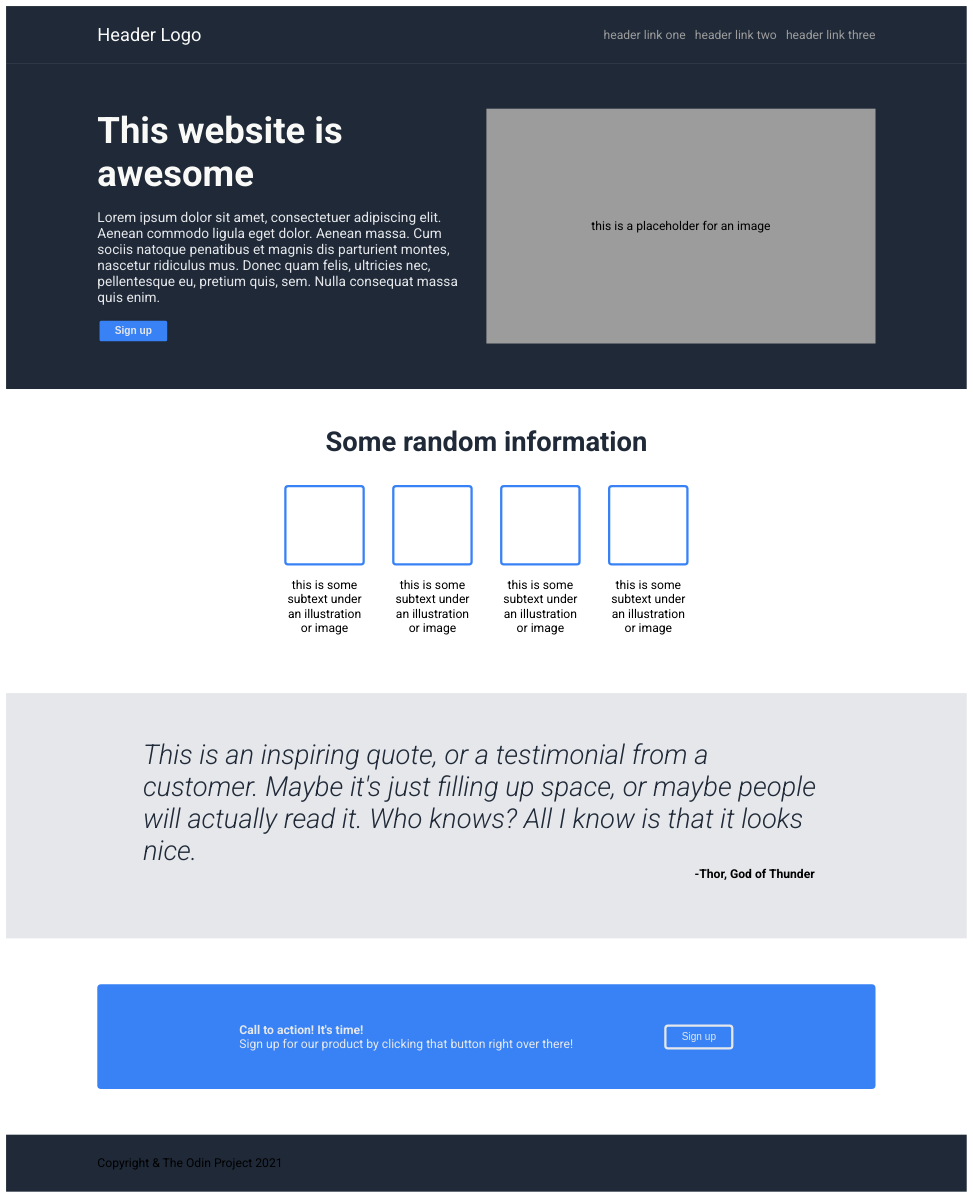
Repository: evemcd/odin_project
Page: odin-project2-landing-page/index.html
An editor plug-in stored every save of this project. The page is shown before and after the next save, followed by the edit.
The browser window is 1280 px wide. The pictures show the whole page, at 76% of full size.

Above is the page before, as saved 2022-02-08 11:54:06.

### odin-project2-landing-page/index.html
<!DOCTYPE html>
<html lang="en">
<head>
    <meta charset="UTF-8">
    <title>Odin Project 2 Landing Page</title>
    <link rel="stylesheet" href="style.css">
    <link rel="preconnect" href="https://fonts.googleapis.com">
<link rel="preconnect" href="https://fonts.gstatic.com" crossorigin>
<link href="https://fonts.googleapis.com/css2?family=Roboto:ital,wght@0,400;0,700;0,900;1,300&display=swap" rel="stylesheet">
</head>

<body>
    <header>
        <span>Header Logo</span>
        <ul>
            <li><a href="#">header link one</a></li>
            <li><a href="#">header link two</a></li>
            <li><a href="#">header link three</a></li>
        </ul>
    </header>

    <div class="container1">
        <div>
            <h2>This website is awesome</h2>
            <p>Lorem ipsum dolor sit amet, consectetuer adipiscing elit. Aenean commodo ligula eget dolor. Aenean massa. Cum sociis natoque penatibus et magnis dis parturient montes, nascetur ridiculus mus. Donec quam felis, ultricies nec, pellentesque eu, pretium quis, sem. Nulla consequat massa quis enim.</p>
            <button>Sign up</button>
        </div>
        <div class="placeholder">
            <span>this is a placeholder for an image</span>
        </div>
    </div>

    <div class="container2">
        <h3>Some random information</h3>
        <div class="boxContainer">
            <div class="boxes">
                <div class="box"></div>
                <p>this is some subtext under an illustration or image</p>
            </div>
            <div class="boxes">
                <div class="box"></div>
                <p>this is some subtext under an illustration or image</p>
            </div>
            <div class="boxes">
                <div class="box"></div>
                <p>this is some subtext under an illustration or image</p>
            </div>
            <div class="boxes">
                <div class="box"></div>
                <p>this is some subtext under an illustration or image</p>
            </div>
        </div>
    </div>

    <div class="container3">
        <blockquote>This is an inspiring quote, or a testimonial from a customer. Maybe it's just filling up space, or maybe people will actually read it. Who knows? All I know is that it looks nice.</blockquote>
        <p>-Thor, God of Thunder</p>
    </div>

    <div class="container4">
        <div class="blueBox">
            <div>
                <h4>Call to action! It's time!</h4>
                <p>Sign up for our product by clicking that button right over there!</p>
            </div>
            <button>Sign up</button>
        </div>
    </div>

    <footer>
        <p>Copyright &amp; The Odin Project 2021</p>
    </footer>
</body>
</html>

### odin-project2-landing-page/style.css
body {
    font-family: 'Roboto', sans-serif;
}

header,
.container1,
footer {
    background-color: #1F2937;
}

.container2,
.container4 {
    background-color: white;
}

header,
footer {
    display: flex;
    align-items: center;
    justify-content: space-between;
    padding: 12px 120px;
}

header>span {
    font-size: 24px;
    color: #F9FAF8;
}

header>ul {
    list-style: none;
    display: flex;
    gap: 12px;
}

header a {
    text-decoration: none;
    color: #9c9c9c;
}

.container1 {
    display: flex;
    flex: 1;
    padding: 60px 120px;
}

.container1 h2 {
    font-size: 48px;
    font-weight: extra-bold;
    color: #F9FAF8;
    margin: 0;
}

.container1 p {
    font-size: 18px;
    color: #E5E7EB;
}

.placeholder {
    background-color: #9c9c9c;
    width: 50%;
    flex-shrink: 0;
    margin-left: 24px;
    display: flex;
    justify-content: center;
    align-items: center;
}

.container1 button {
    background-color: #3882F6;
    color: #E5E7EB;
    font-weight: bold;
    border-radius: 5px;
    border: 3px solid #1F2937;
    padding: 6px 20px;
}

.container2 {
    padding: 12px 120px 60px 120px;
}

.container2 h3 {
    font-size: 36px;
    font-weight: extra-bold;
    color: #1F2937;
    text-align: center;
}

.boxContainer {
    display: flex;
    justify-content: center;
    gap: 36px;
}

.boxes {
    display: flex;
    flex-direction: column;
    align-items: center;
}

.boxes p {
    text-align: center;
    width: 100px;
}

.box {
    width: 100px;
    height: 100px;
    border: 3px solid #3882F6;
    border-radius: 5px;
}

.container3 {
    background-color: #E5E7EB;
    padding: 60px 120px;
}

blockquote {
    font-size: 36px;
    font-weight: lighter;
    font-style: italic;
    color: #1F2937;
    margin: 0;
    padding: 0 60px;
}

.container3 p {
    text-align: right;
    font-weight: bold;
    margin-top: 0;
    padding-right: 80px;
}

.container4 {
    padding: 60px 120px;
}

.blueBox {
    background-color: #3882F6;
    color: #E5E7EB;
    display: flex;
    justify-content: center;
    align-items: center;
    gap: 120px;
    border-radius: 5px;
    padding: 50px;
}

.blueBox h4 {
    margin: 0;
}

.blueBox p {
    margin: 0;
}

.container4 button {
    background-color: #3882F6;
    color: #E5E7EB;
    border-radius: 5px;
    border: 3px solid #E5E7EB;
    flex-shrink: 0;
    padding: 6px 20px;
}

footer {
    text-align: center;
}

After the next save:
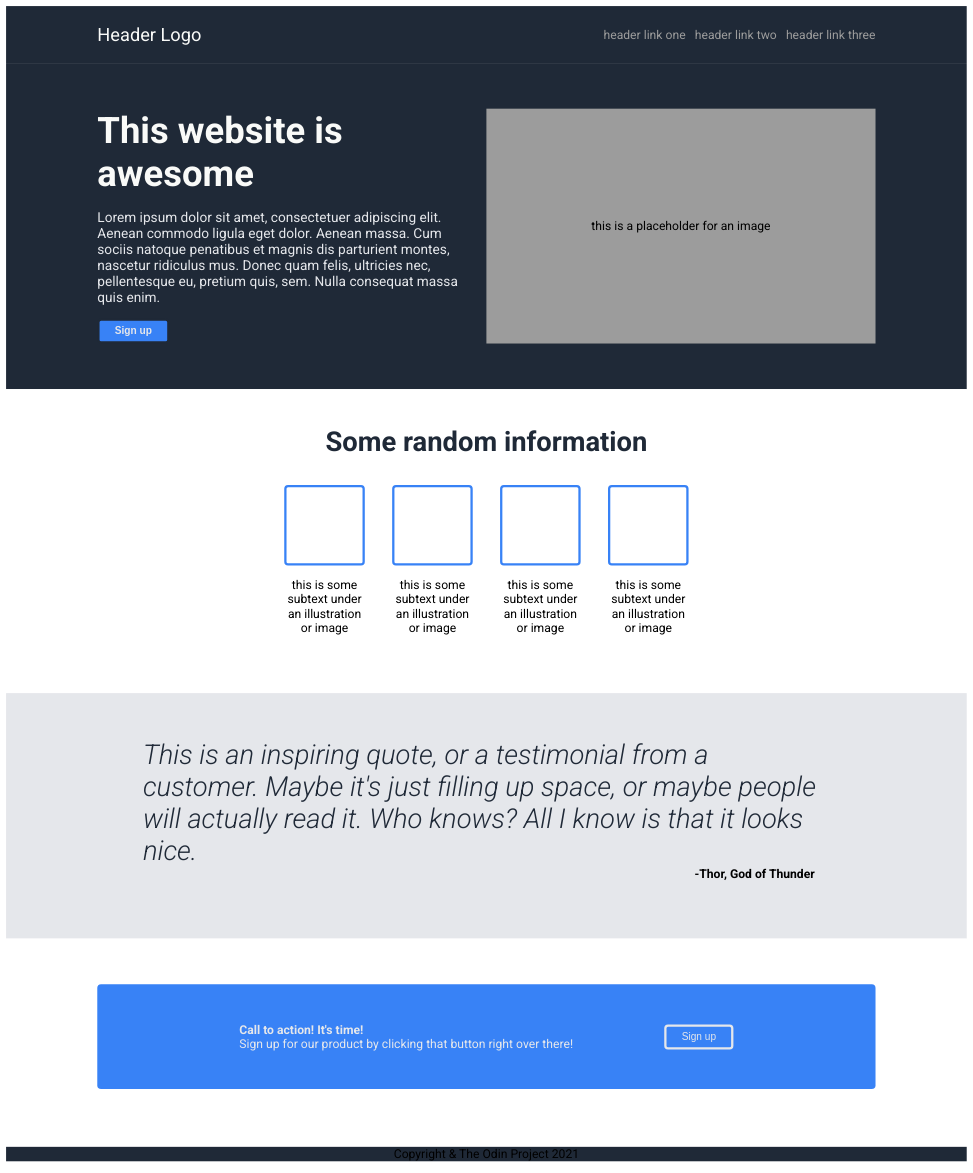
Saved 39 s later.
--- a/odin-project2-landing-page/style.css
+++ b/odin-project2-landing-page/style.css
@@ -13,8 +13,7 @@ footer {
     background-color: white;
 }
 
-header,
-footer {
+header {
     display: flex;
     align-items: center;
     justify-content: space-between;

After the save that followed:
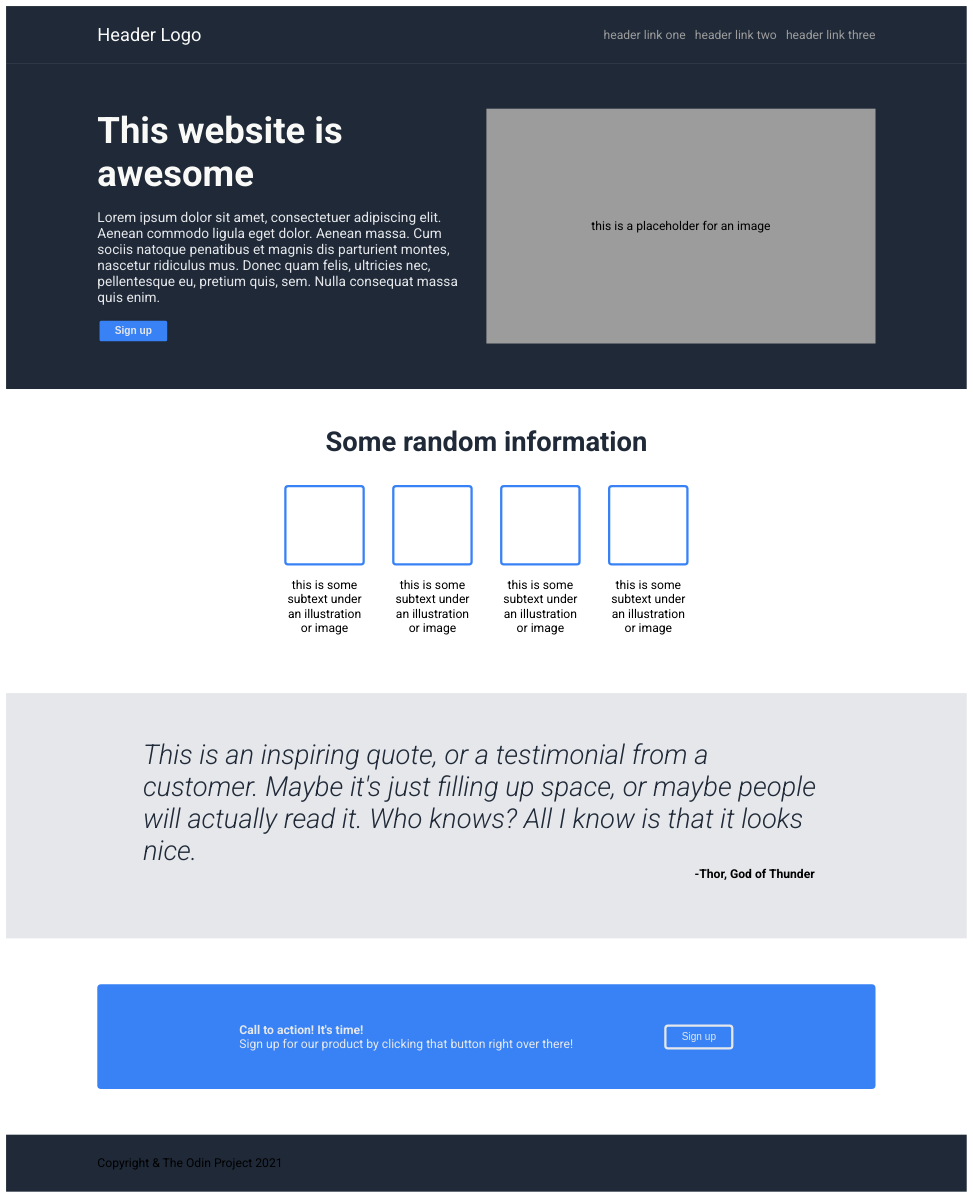
Saved 9 s later.
--- a/odin-project2-landing-page/style.css
+++ b/odin-project2-landing-page/style.css
@@ -162,5 +162,9 @@ blockquote {
 }
 
 footer {
+    display: flex;
+    align-items: center;
+    justify-content: space-between;
+    padding: 12px 120px;
     text-align: center;
 }
